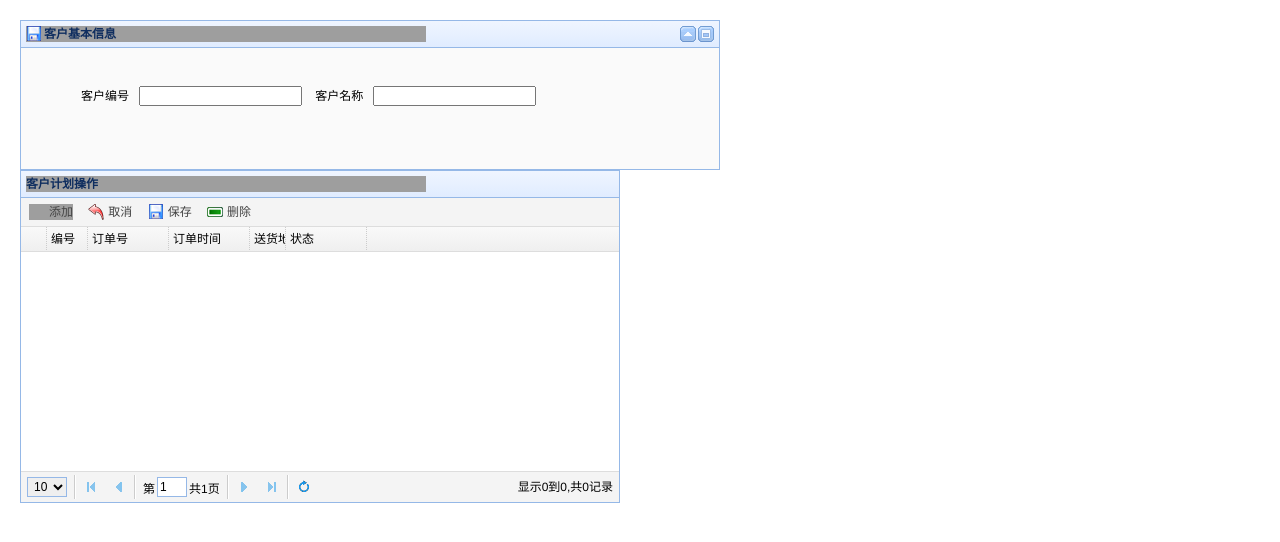
Repository: blackman788/crm01
Page: templates/Customer/order.html
An editor plug-in stored every save of this project. The page is shown before and after the next save, followed by the edit.
The browser window is 1280 px wide. The pictures show the whole page.
After loading, the first visible `#btn` was clicked once.
Pictures or frames that could not be fetched are drawn as grey boxes. The page is served by the project's application, run on Django 4.2 (manage.py). Other server files are loaded and not shown. The template is opened directly, without the code that normally fills it, so the values that code supplies are empty.

Above is the page before, as saved 2022-04-21 22:31:58.

### templates/Customer/order.html
<!DOCTYPE html>
{% load static %}
<html>
<head>
	<meta charset="UTF-8">
	<title>营销机会管理</title>
	{% include 'base.html' %}
	<link rel="stylesheet" type="text/css" href="{% static 'system/jquery-easyui-1.3.3/themes/default/easyui.css' %}">
	<link rel="stylesheet" type="text/css" href="{% static 'system/jquery-easyui-1.3.3/themes/icon.css' %}">
	<link rel="stylesheet" type="text/css" href="{% static 'system/jquery-easyui-1.3.3/demo/demo.css' %}">

</head>
<body>
	<div id="p" class="easyui-panel" title="客户基本信息"
     style="width:700px;height:150px;padding:10px;background:#fafafa;"
     data-options="iconCls:'icon-save',closable:true,
                collapsible:true,minimizable:false,closable:false,maximizable:true">
    <br/><br/>
        <input type="hidden" id="id" name="id" value="{{ c.id }}" />
        <label style="padding-right: 10px;padding-left: 50px">客户编号</label><input readonly value="{{ c.khno }}"/>
        <label style="padding-right: 10px;padding-left: 10px">客户名称</label><input readonly value="{{ c.name }}"/>
    </div>
	<table id="tgggg" class="easyui-datagrid" style="width:700px;height:450px;" title="客户计划操作"
				singleSelect="true" toolbar="#tt" >
		<thead>
			<tr>
				<th data-options="field:'id',width:40" >编号</th>
				<th data-options="field:'linkName',width:80" editor="{type:'validatebox',options:{required:true}}">订单号</th>
                <th data-options="field:'linkName',width:80" editor="{type:'datebox',options:{required:true}}">订单时间</th>
				<th data-options="field:'sex',width:35" editor="{type:'validatebox',options:{required:true}}">送货地址</th>
				<th data-options="field:'zhiwei',width:80" editor="{type:'validatebox',options:{required:true}}">状态</th>
			</tr>
		</thead>
	</table>
	<div id="tt">
		<a id="btn"  onclick="add()"  class="easyui-linkbutton" data-options="iconCls:'icon-add',plain:true">添加</a>
		<a id="btn" onclick="cancel()"  class="easyui-linkbutton" data-options="iconCls:'icon-undo',plain:true">取消</a>
		<a id="btn" onclick="save()" class="easyui-linkbutton" data-options="iconCls:'icon-save',plain:true">保存</a>
		<a id="btn" onclick="destroy()"  class="easyui-linkbutton" data-options="iconCls:'icon-remove',plain:true">删除</a>
	</div>
	<script type="text/javascript" src="{% static '/js/customer/order.js' %}"></script>
</body>

</html>

### templates/base.html
{% load static %}
<!-- 客户关系管理系统图标导入 -->
<link href="{% static '../static/system/images/sxt-favicon.ico' %}" rel="shortcut icon">
<!-- easyui 主题及表情导入 -->
<link rel="stylesheet" href="{% static '../static/system/jquery-easyui-1.3.3/themes/metro/easyui.css' %}">
<link rel="stylesheet" href="{% static 'system/jquery-easyui-1.3.3/themes/icon.css' %}">

<!-- jq文件导入 -->
<script src="{% static 'system/jquery-easyui-1.3.3/jquery.min.js' %}"></script>
<script src="{% static 'system/jquery-easyui-1.3.3/jquery.easyui.min.js' %}"></script>
<script type="text/javascript" src="{% static 'system/jquery-easyui-1.3.3/locale/easyui-lang-zh_CN.js' %}"></script>
<script type="text/javascript" src="{% static 'system/jquery-easyui-1.3.3/jquery.edatagrid.js' %}"></script>

<!-- cookie和base64导入 -->
<script type="text/javascript" src="{% static '/js/jquery.base64.js' %}"></script>
<script type="text/javascript" src="{% static '/js/jquery.cookie.js' %}"></script>

### crm/urls.py
"""crm URL Configuration

The `urlpatterns` list routes URLs to views. For more information please see:
    https://docs.djangoproject.com/en/4.0/topics/http/urls/
Examples:
Function views
    1. Add an import:  from my_app import views
    2. Add a URL to urlpatterns:  path('', views.home, name='home')
Class-based views
    1. Add an import:  from other_app.views import Home
    2. Add a URL to urlpatterns:  path('', Home.as_view(), name='home')
Including another URLconf
    1. Import the include() function: from django.urls import include, path
    2. Add a URL to urlpatterns:  path('blog/', include('blog.urls'))
"""
from django.contrib import admin
from django.urls import path,include

urlpatterns = [
    path('admin/', admin.site.urls),
    path('',include('system.urls')),
    path('sales/',include('SaleChance.urls')),
    path('customer/',include('Customer.urls')),
    path('base/',include('base.urls')),
]

### system/urls.py
from unicodedata import name
from django import views
from django.contrib import admin
from django.urls import path,include
from . import views

app_name = 'system'

urlpatterns = [
   #http://127.0.0.1:8000/system/login_register/
   path('login_register/',views.login_register,name='login_register'),
   path('system/check_username/',views.check_username,name='check_username'),
   path('system/check_email/',views.check_email,name='check_email'),
   path('system/send_email/',views.send_email,name='send_email'),
   path('system/active_username/',views.active_username,name='active_username'),
   path('system/login_user/',views.login_user,name='login_user'),
   path('system/index/',views.index,name='index'),
   path('system/update_password/',views.update_password,name='update_password'),
   path('system/logout/',views.logout,name='logout'),

]

### SaleChance/urls.py
from unicodedata import name
from django import views
from django.contrib import admin
from django.urls import path,include
from . import views

app_name = 'sales'

urlpatterns = [
   #http://127.0.0.1:8000/sales/client/
   #营销机会管理
   path('client/',views.select_sale_list,name='client'),
   path('sale_chance_index/',views.sale_chance_index,name='sale_chance_index'),
   path('sales_update/',views.sales_update,name='sales_update'),
   path('update_sumbit/',views.update_sumbit,name='update_sumbit'),
   path('delete_sales/',views.delete_sales,name='delete_sales'),
   #客户计划管理  select_dev_plan_detail  inquire_dev_plan
   path('sale_dev_plan_index/',views.sale_dev_plan_index,name='sale_dev_plan_index'),
   path('select_dev_plan__list/',views.select_dev_plan__list,name='dev_plan'),
   path('select_dev_plan_detail/<int:id>/',views.select_dev_plan_detail,name='select_dev_plan_detail'),
   path('inquire_dev_plan/<int:id>/',views.inquire_dev_plan,name='inquire_dev_plan'),
   path('add_dev_plan/<int:id>/',views.add_dev_plan,name='add_dev_plan'),
   path('delete_dev_plan/',views.delete_dev_plan,name='delete_dev_plan'),
   path('update_dev_plan/',views.update_dev_plan,name='update_dev_plan'),
   path('dev_plan_change_state/',views.dev_plan_change_state,name='dev_plan_change_state'),
]

### Customer/urls.py
from unicodedata import name
from django import views
from django.contrib import admin
from django.urls import path,include
from . import views

app_name = 'customer'

urlpatterns = [
   #http://127.0.0.1:8000/system/login_register/
   path('add_sales/',views.add_sales,name='add_sales'),
   path('add_phone/',views.add_phone,name='add_phone'),
   path('add_sumbit/',views.add_sumbit,name='add_sumbit'),
   path('sale_cus_detail_index/',views.sale_cus_detail_index,name='sale_cus_detail_index'),
   path('inquire_cus_detail/',views.inquire_cus_detail,name='inquire_cus_detail'),
   path('add_cus_detail/',views.add_cus_detail,name='add_cus_detail'),
   path('back_cus_detail/',views.back_cus_detail,name='back_cus_detail'),
   path('update_cus_detail/',views.update_cus_detail,name='update_cus_detail'),
   path('delete_cus_detail/',views.delete_cus_detail,name='delete_cus_detail'),
   #联系人管理
   path('inquire_linkman_detail/',views.inquire_linkman_detail,name='inquire_linkman_detail'),
   path('linkman_detail/<int:id>/',views.linkman_detail,name='linkman_detail'),
   path('add_linkman_detail/<int:id>/',views.add_linkman_detail,name='add_linkman_detail'),
   path('update_linkman_detail/',views.update_linkman_detail,name='update_linkman_detail'),
   path('delete_linkman_detail/',views.delete_linkman_detail,name='delete_linkman_detail'),
   #交往记录
   path('inquire_contact_detail/',views.inquire_contact_detail,name='inquire_contact_detail'),
   path('contact_detail/<int:id>/',views.contact_detail,name='contact_detail'),
   path('add_contact_detail/<int:id>/',views.add_contact_detail,name='add_contact_detail'),
   path('update_contact_detail/',views.update_contact_detail,name='update_contact_detail'),
   path('delete_contact_detail/',views.delete_contact_detail,name='delete_contact_detail'),
   #历史记录
   path('inquire_order/',views.inquire_order,name='inquire_order'),
]

### base/urls.py
from unicodedata import name
from django import views
from django.contrib import admin
from django.urls import path,include
from . import views

app_name = 'base'

urlpatterns = [
   #http://127.0.0.1:8000/sales/client/
   #营销机会管理
   path('inquire_cus_level/',views.inquire_cus_level,name='inquire_cus_level'),
]

### static/system/jquery-easyui-1.3.3/themes/icon.css
.icon-blank{
	background:url('icons/blank.gif') no-repeat center center;
}
.icon-add{
	background:url('icons/edit_add.png') no-repeat center center;
}
.icon-edit{
	background:url('icons/pencil.png') no-repeat center center;
}
.icon-remove{
	background:url('icons/edit_remove.png') no-repeat center center;
}
.icon-save{
	background:url('icons/filesave.png') no-repeat center center;
}
.icon-cut{
	background:url('icons/cut.png') no-repeat center center;
}
.icon-ok{
	background:url('icons/ok.png') no-repeat center center;
}
.icon-no{
	background:url('icons/no.png') no-repeat center center;
}
.icon-cancel{
	background:url('icons/cancel.png') no-repeat center center;
}
.icon-reload{
	background:url('icons/reload.png') no-repeat center center;
}
.icon-search{
	background:url('icons/search.png') no-repeat center center;
}
.icon-print{
	background:url('icons/print.png') no-repeat center center;
}
.icon-help{
	background:url('icons/help.png') no-repeat center center;
}
.icon-undo{
	background:url('icons/undo.png') no-repeat center center;
}
.icon-redo{
	background:url('icons/redo.png') no-repeat center center;
}
.icon-back{
	background:url('icons/back.png') no-repeat center center;
}
.icon-sum{
	background:url('icons/sum.png') no-repeat center center;
}
.icon-tip{
	background:url('icons/tip.png') no-repeat center center;
}

.icon-mini-add{
	background:url('icons/mini_add.png') no-repeat center center;
}
.icon-mini-edit{
	background:url('icons/mini_edit.png') no-repeat center center;
}
.icon-mini-refresh{
	background:url('icons/mini_refresh.png') no-repeat center center;
}

.icon-item{
	background:url('usericons/item.png') no-repeat center center;
}

.icon-home{
	background:url('usericons/home.png') no-repeat center center;
}


.icon-modifyPassword{
	background:url('usericons/modifyPassword.png') no-repeat center center;
}
.icon-exit{
	background:url('usericons/exit.png') no-repeat center center;
}


.icon-yxgl{
	background:url('usericons/yxgl.png') no-repeat center center;
}

.icon-khkfjh{
	background:url('usericons/khkfjh.png') no-repeat center center;
}

.icon-yxjhgl{
	background:url('usericons/yxjhgl.png') no-repeat center center;
}

.icon-khgl{
	background:url('usericons/khgl.png') no-repeat center center;
}

.icon-khlsgl{
	background:url('usericons/khlsgl.png') no-repeat center center;
}

.icon-khxxgl{
	background:url('usericons/khxxgl.png') no-repeat center center;
}

.icon-fwgl{
	background:url('usericons/fwgl.png') no-repeat center center;
}

.icon-fwcj{
	background:url('usericons/fwcj.png') no-repeat center center;
}

.icon-fwfp{
	background:url('usericons/fwfp.png') no-repeat center center;
}

.icon-fwcl{
	background:url('usericons/fwcl.png') no-repeat center center;
}

.icon-fwfk{
	background:url('usericons/fwfk.png') no-repeat center center;
}

.icon-fwgd{
	background:url('usericons/fwgd.png') no-repeat center center;
}


.icon-tjbb{
	background:url('usericons/tjbb.png') no-repeat center center;
}

.icon-khgxfx{
	background:url('usericons/khgxfx.png') no-repeat center center;
}

.icon-khgcfx{
	background:url('usericons/khgcfx.png') no-repeat center center;
}

.icon-khfwfx{
	background:url('usericons/khfwfx.png') no-repeat center center;
}

.icon-khlsfx{
	background:url('usericons/khlsfx.png') no-repeat center center;
}


.icon-jcsjgl{
	background:url('usericons/jcsjgl.png') no-repeat center center;
}

.icon-sjzdlbgl{
	background:url('usericons/sjzdlbgl.png') no-repeat center center;
}

.icon-sjzdgl{
	background:url('usericons/sjzdgl.png') no-repeat center center;
}

.icon-cpxxgl{
	background:url('usericons/cpxxgl.png') no-repeat center center;
}

.icon-kfcg{
	background:url('usericons/kfcg.png') no-repeat center center;
}

.icon-zzkf{
	background:url('usericons/zzkf.png') no-repeat center center;
}

.icon-lxr{
	background:url('usericons/lxr.png') no-repeat center center;
}

.icon-jwjl{
	background:url('usericons/jwjl.png') no-repeat center center;
}

.icon-lsdd{
	background:url('usericons/lsdd.png') no-repeat center center;
}

.icon-reset{
	background:url('usericons/reset.png') no-repeat center center;
}

.icon-user{
	background:url('usericons/user.png') no-repeat center center;
}

.icon-confirm{
	background:url('usericons/confirm.png') no-repeat center center;
}

### static/js/customer/order.js
$('#tgggg').edatagrid({
    url: '',
    saveUrl: '',  // 保存时提交url
    updateUrl: '',  // 修改时提交url
    destroyUrl: '',  // 删除时提交url
    pagination: true,  // 显示分页工具栏
    rownumbers: true,  // 显示行号
    width: 600,
    height: 333
});

// 添加行
function add() {
    $('#tggg').edatagrid('addRow');
}

// 取消行
function cancel() {
    $('#tggg').edatagrid('cancelRow');
}

// 删除行
function destroy() {
    $('#tggg').edatagrid('destroyRow');
}

// 保存行
function save() {
    $('#tggg').edatagrid('saveRow');
    setTimeout(function () {
        $('#tggg').edatagrid('reload');
    }, 200);
}

Loaded but not shown: static/system/jquery-easyui-1.3.3/jquery.min.js (library); static/system/jquery-easyui-1.3.3/jquery.easyui.min.js (library); static/system/jquery-easyui-1.3.3/jquery.edatagrid.js (library); static/js/jquery.base64.js (common file); static/js/jquery.cookie.js (library); static/system/jquery-easyui-1.3.3/demo/demo.css (common file); static/system/jquery-easyui-1.3.3/locale/easyui-lang-zh_CN.js (70 lines, source omitted); static/system/jquery-easyui-1.3.3/themes/default/easyui.css (2269 lines, source omitted); static/system/jquery-easyui-1.3.3/themes/metro/easyui.css (2243 lines, source omitted)

After the next save:
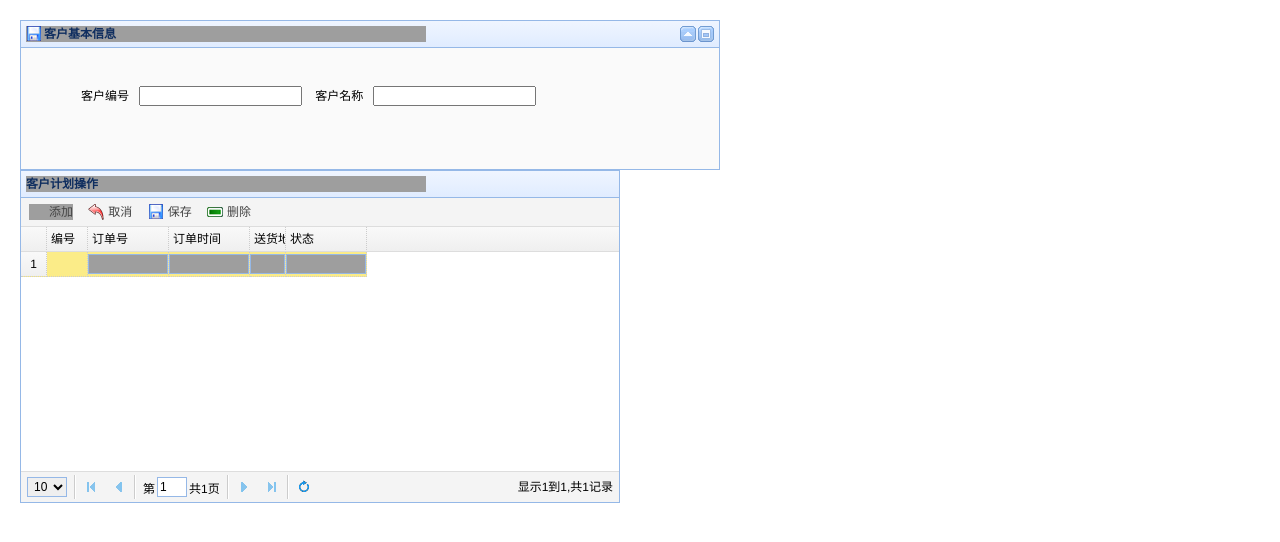
Saved 15 s later.
--- a/static/js/customer/order.js
+++ b/static/js/customer/order.js
@@ -11,23 +11,23 @@ $('#tgggg').edatagrid({
 
 // 添加行
 function add() {
-    $('#tggg').edatagrid('addRow');
+    $('#tgggg').edatagrid('addRow');
 }
 
 // 取消行
 function cancel() {
-    $('#tggg').edatagrid('cancelRow');
+    $('#tgggg').edatagrid('cancelRow');
 }
 
 // 删除行
 function destroy() {
-    $('#tggg').edatagrid('destroyRow');
+    $('#tgggg').edatagrid('destroyRow');
 }
 
 // 保存行
 function save() {
-    $('#tggg').edatagrid('saveRow');
+    $('#tgggg').edatagrid('saveRow');
     setTimeout(function () {
-        $('#tggg').edatagrid('reload');
+        $('#tgggg').edatagrid('reload');
     }, 200);
 }
